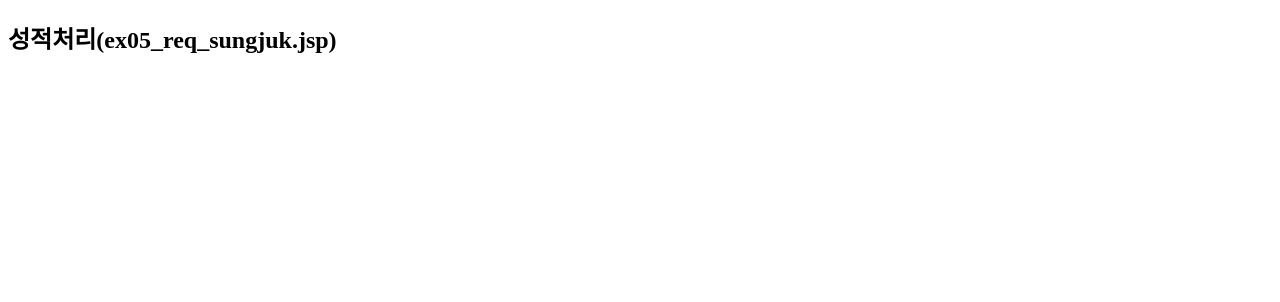
Repository: SeYoung1012/Bitcamp
Page: http://localhost/02_JSP/ex05_req_sungjuk.jsp
An editor plug-in stored every save of this project. The page is shown before and after the next save, followed by the edit.
The browser window is 1280 px wide. The pictures show the whole page.
The page is served by Tomcat 9.

Above is the page before, as saved 2021-09-27 01:39:59.

### 60_web/02_JSP/WebContent/ex05_req_sungjuk.jsp
<%@ page language="java" contentType="text/html; charset=UTF-8"
    pageEncoding="UTF-8"%>
<!DOCTYPE html>
<html>
<head>
<meta charset="UTF-8">
<title> 성적처리 </title>
</head>
<body>
	<h2> 성적처리(ex05_req_sungjuk.jsp)</h2>
</body>
</html>

After the next save:
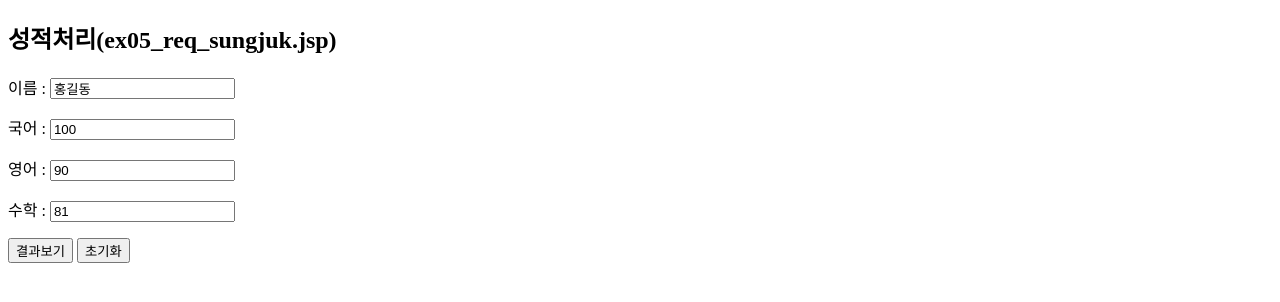
Saved 23 s later.
--- a/60_web/02_JSP/WebContent/ex05_req_sungjuk.jsp
+++ b/60_web/02_JSP/WebContent/ex05_req_sungjuk.jsp
@@ -8,5 +8,16 @@
 </head>
 <body>
 	<h2> 성적처리(ex05_req_sungjuk.jsp)</h2>
+	<form action="sungjuk">
+		<p> 이름 : <input type = "text" name = "name" value = "홍길동"></p>
+		<p> 국어 : <input type = "text" name = "kor" value = "100"></p>
+		<p> 영어 : <input type = "text" name = "eng" value = "90"></p>
+		<p> 수학 : <input type = "text" name = "math" value = "81"></p>
+		<input type = "submit" value = "결과보기">
+		<input type = "reset" value = "초기화">
+
+	</form>
+
+
 </body>
 </html>
